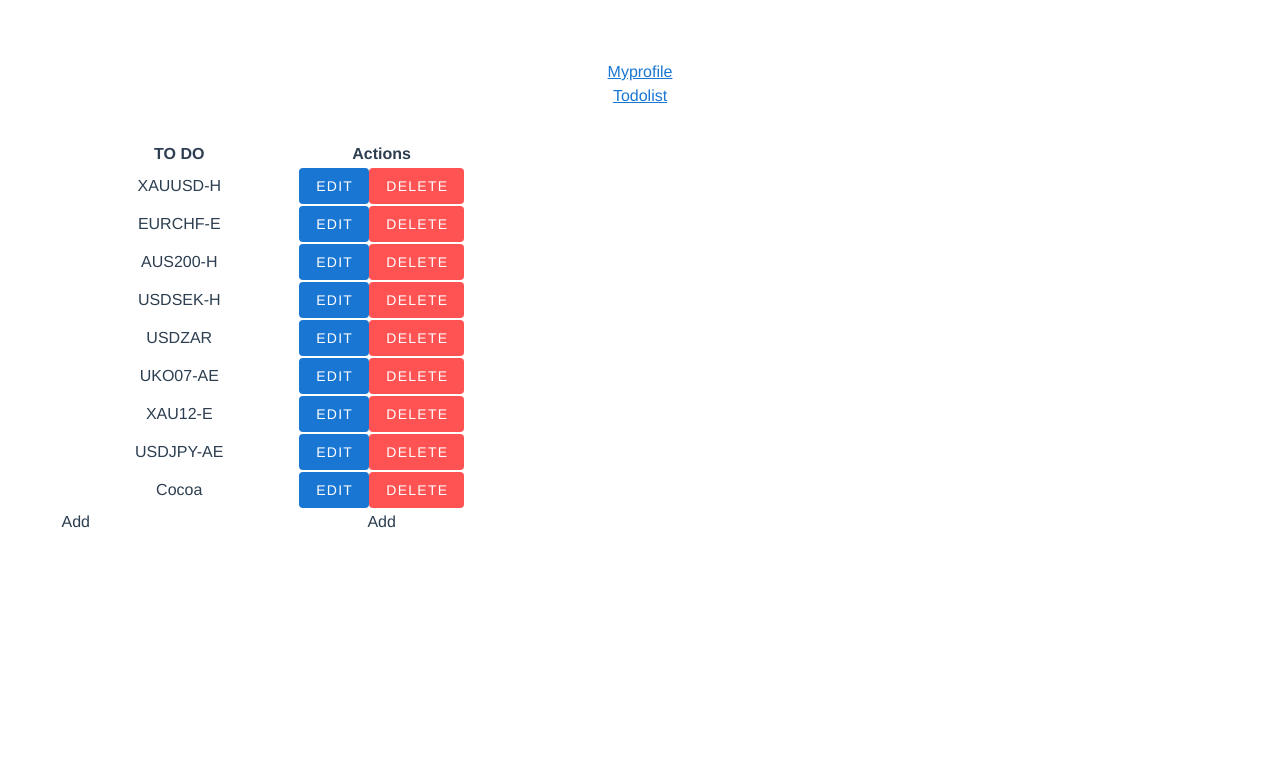
Repository: Shanshan67/todolist
Page: /#/todolist
An editor plug-in stored every save of this project. The page is shown before and after the next save, followed by the edit.
The browser window is 1280 px wide. The pictures show the whole page.
The project was rebuilt for these pictures with package versions that can differ from the ones it lists, and the page was loaded fresh each time. Requests to the local data server were answered from the project's data file. Also part of the build but not shown: src/pages/Dashboard.vue, src/components/Search.vue, src/components/List.vue, src/pages/Myprofile.vue.

Above is the page before, as saved 2022-07-20 19:07:20.

After the next save:
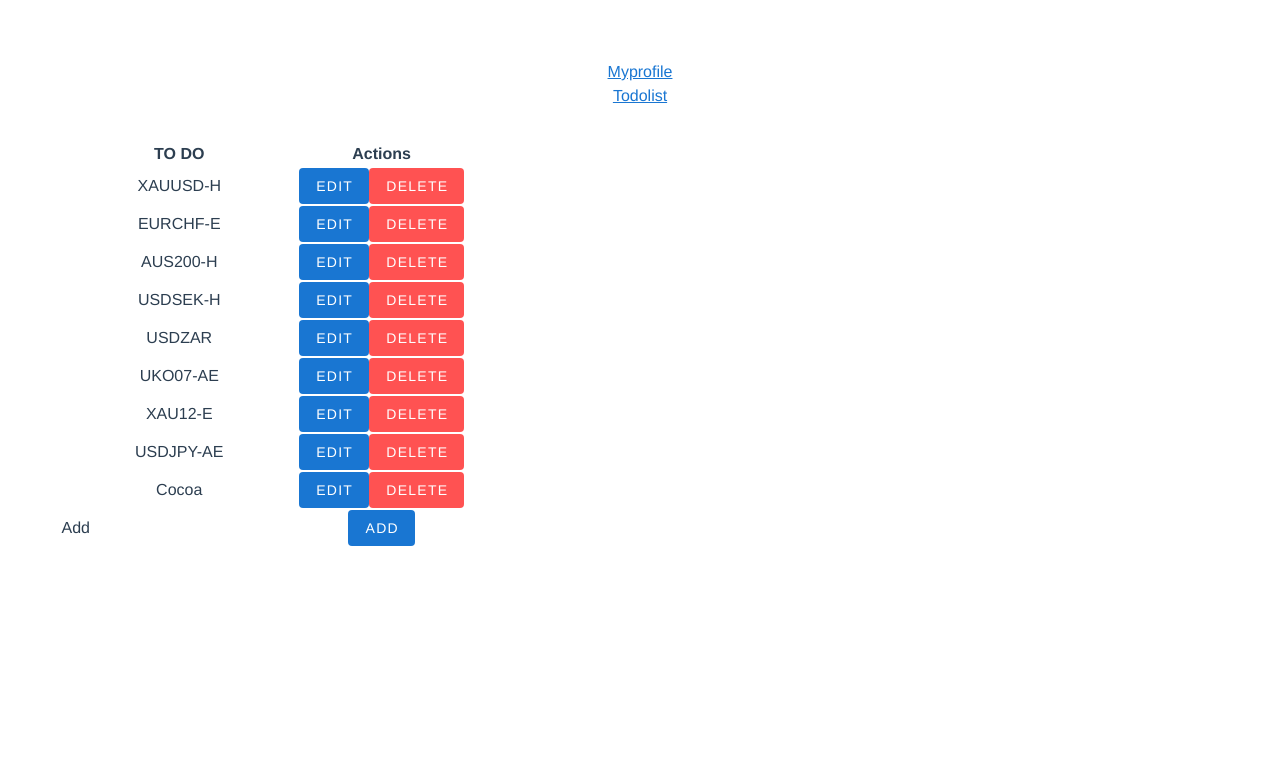
Saved 2 min 59 s later.
--- a/src/pages/Todolist.vue
+++ b/src/pages/Todolist.vue
@@ -40,12 +40,10 @@
 							</div>
 						</td>
 						<td class="align-middle text-center w-25">
-							<button
-								class="btn btn-primary btn-sm mx-1"
-								@click="handleToDoItem"
-							>
-								{{ editMode ? "Edit" : "Add" }}
-							</button>
+							<v-btn
+        						depressed
+        						color="primary"
+								@click="handleToDoItem">{{ editMode ? "Edit" : "Add" }}</v-btn>
 							<button
 								v-if="editMode"
 								class="btn btn-danger btn-sm mx-1"
